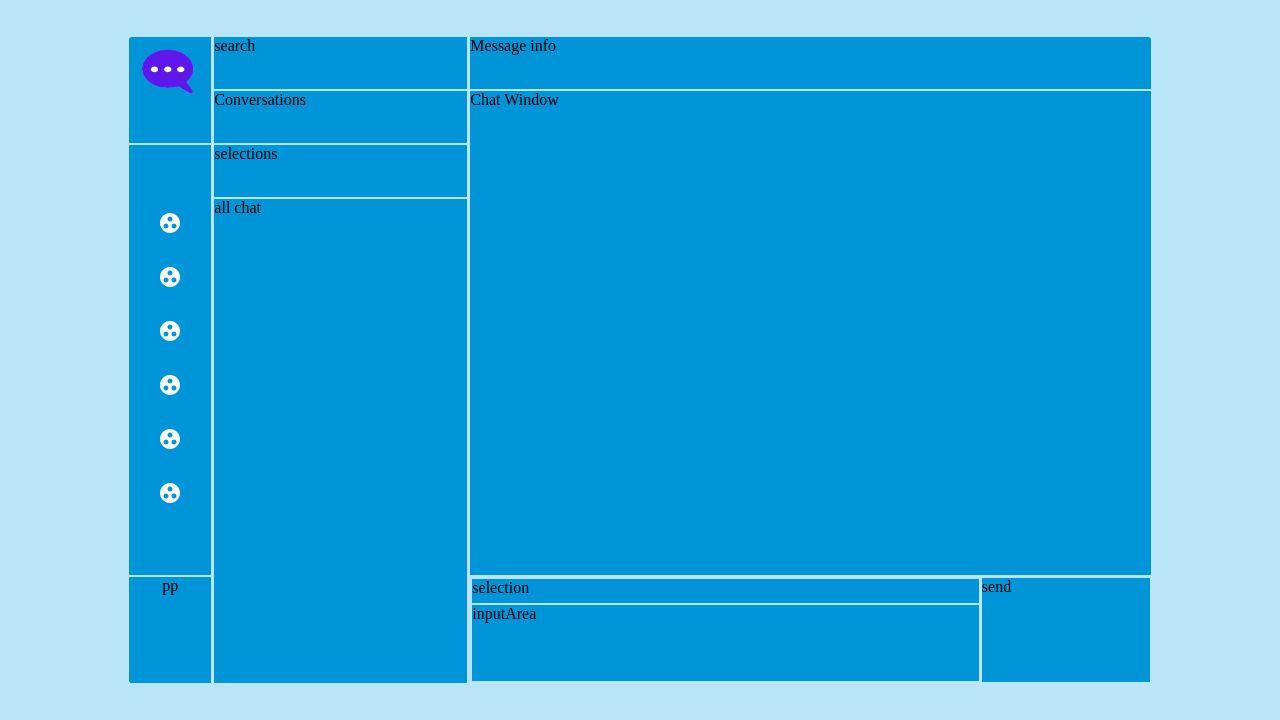
Repository: arafat877/super-chat
Page: /
These files come from the project's save history. The page is drawn as it stood at one moment and after the next save; the edit follows.
The browser window is 1280 px wide. The pictures show the whole page.
The project was rebuilt for these pictures with package versions that can differ from the ones it lists, and the page was loaded fresh each time.

Above is the page before, as saved 2020-08-04 23:18:30.

After the next save:
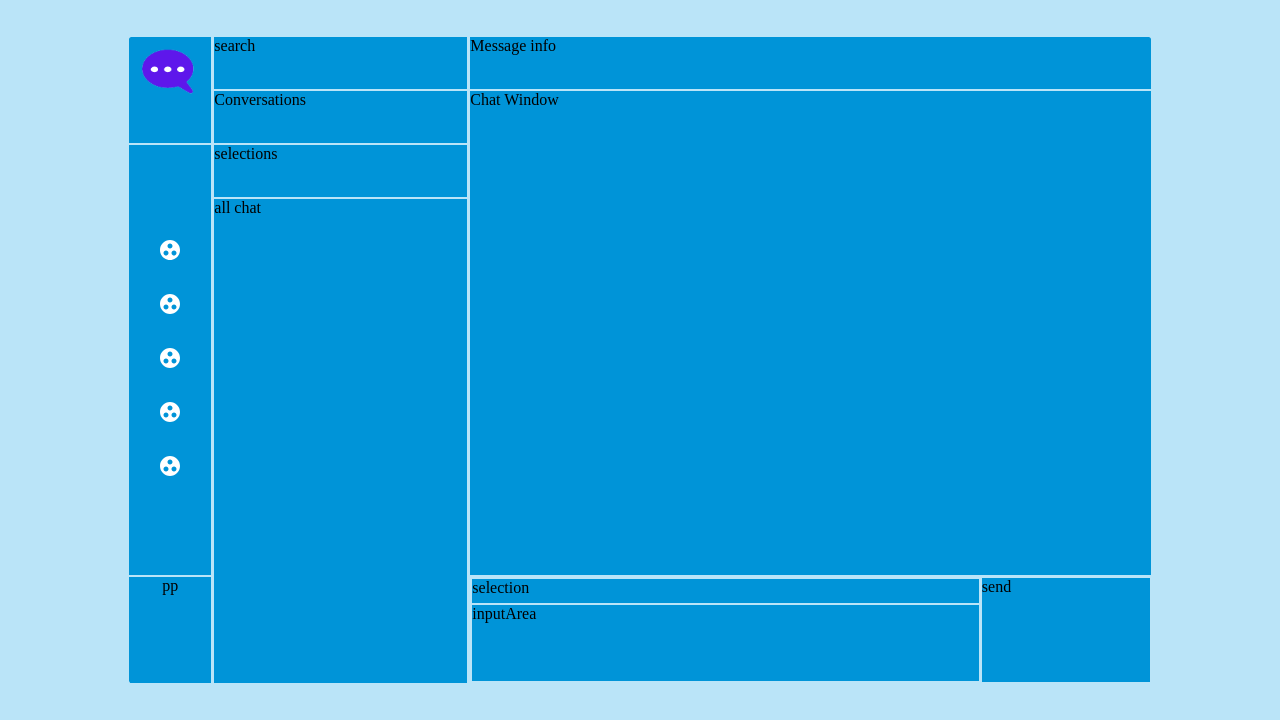
Saved 10 s later.
--- a/src/App.js
+++ b/src/App.js
@@ -11,7 +11,6 @@ function App() {
           <div className="mcLogo"><img className="logo" src={logo} alt="logo"/></div>
           <div className="mcList">
             <ul className="mainList">
-              <li className="mainListItem"><GroupWork className="listItemIcon"/></li>
               <li className="mainListItem"><GroupWork className="listItemIcon"/></li>
               <li className="mainListItem"><GroupWork className="listItemIcon"/></li>
               <li className="mainListItem"><GroupWork className="listItemIcon"/></li>
